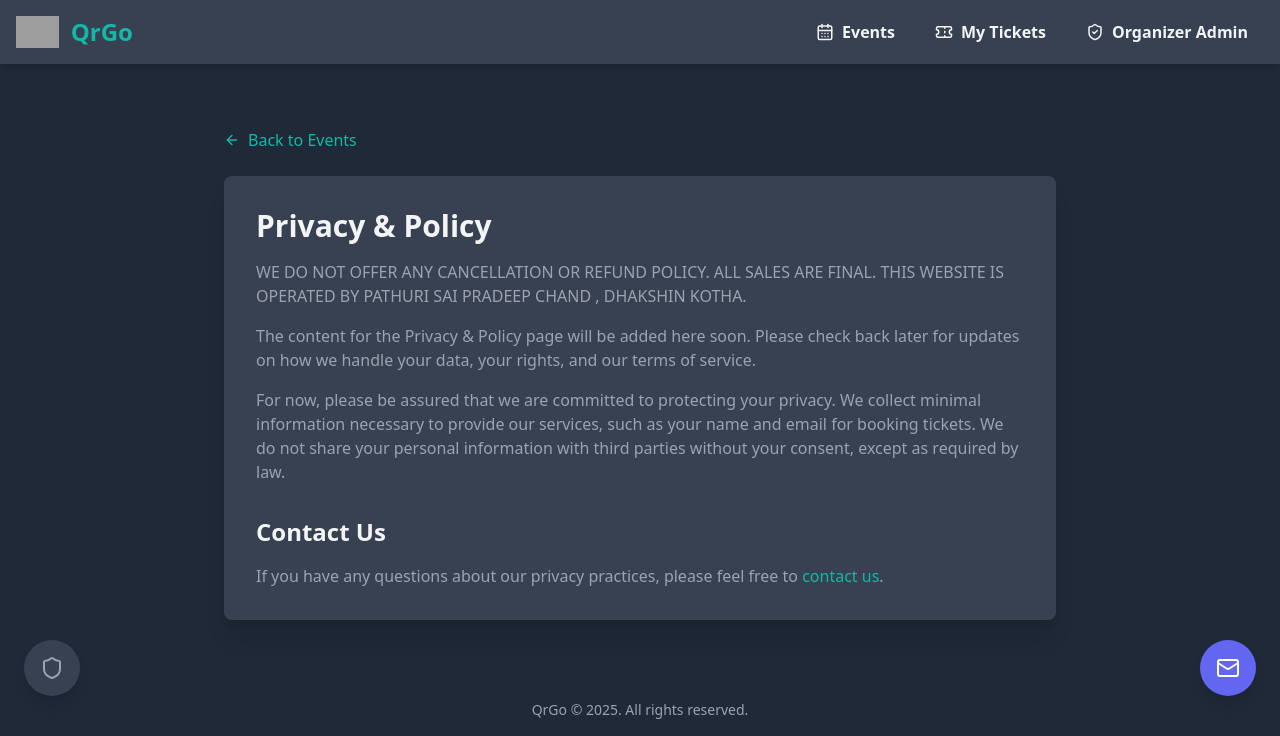
Repository: Dhakshin2007/QrGo
Page: /#/privacy-policy
An editor plug-in stored every save of this project. The page is shown before and after the next save, followed by the edit.
The browser window is 1280 px wide. The pictures show the whole page.
Pictures or frames that could not be fetched are drawn as grey boxes. Some web libraries are served in a nearby version. The project was rebuilt for these pictures with package versions that can differ from the ones it lists, and the page was loaded fresh each time. Also part of the build but not shown: vite.config.ts, components/EventCard.tsx, pages/HomePage.tsx, pages/BookingPage.tsx, components/TicketCard.tsx, pages/MyTicketsPage.tsx, services/aiService.ts, pages/AdminPage.tsx.

Above is the page before, as saved 2025-08-10 12:47:50.

### index.html
<!DOCTYPE html>
<html lang="en">
  <head>
    <meta name="description" content="Website Used to Host Events and Book Tickets and Inbuild scanning. If You want to Host an Event, Contact Us." />
<meta name="keywords" content="QrGo , QrGo Startup , Events IIT Ropar,Tickets , District , Paytm , Zomato , Ticket Booking , Event Hosting ,  Telugu Students IIT, IIT Ropar culture, IIT Ropar">
<meta name="author" content="Kotha Dhakshin">
<meta property="og:title" content="QrGo - Event Ticket Hosting Platform" />
<meta property="og:description" content="Official site for QrGo. Events, Bookings, and student details." />
<meta property="og:url" content="https://qrgo-weld.vercel.app/" />
<meta property="og:type" content="website" />
<meta property="og:image" content="#" />

  <meta charset="UTF-8" />
    <link rel="icon" type="image/png" href = "https://i.postimg.cc/qqd3M6cN/Google-AI-Studio-2025-08-09-T14-17-15-618-Z.png" />
    <meta name="viewport" content="width=device-width, initial-scale=1.0" />
    <title>QrGo</title>
    <script src="https://cdn.tailwindcss.com"></script>
    <script>
      tailwind.config = {
        theme: {
          extend: {
            colors: {
              'primary': '#14b8a6', // teal-500
              'primary-focus': '#0d9488', // teal-600
              'background': '#1f2937', // gray-800
              'surface': '#374151', // gray-700
              'on-surface': '#f3f4f6', // gray-200
              'on-surface-secondary': '#9ca3af', // gray-400
              'accent': '#6366f1', // indigo-500
            }
          }
        }
      }
    </script>
    <!-- html5-qrcode library -->
    <script src="https://unpkg.com/html5-qrcode" type="text/javascript"></script>
  <script type="importmap">
{
  "imports": {
    "react-router-dom": "https://esm.sh/react-router-dom@^7.8.0",
    "react-dom/": "https://esm.sh/react-dom@^19.1.1/",
    "react/": "https://esm.sh/react@^19.1.1/",
    "react": "https://esm.sh/react@^19.1.1",
    "lucide-react": "https://esm.sh/lucide-react@^0.539.0",
    "html5-qrcode": "https://esm.sh/html5-qrcode@^2.3.8",
    "qrcode": "https://esm.sh/qrcode@^1.5.4",
    "@supabase/supabase-js": "https://esm.sh/@supabase/supabase-js@2",
    "@google/genai": "https://esm.sh/@google/genai@^1.13.0"
  }
}
</script>
</head>
  <body class="bg-background text-on-surface">
    <div id="root"></div>
    <script type="module" src="/index.tsx"></script>
  </body>
</html>

### App.tsx


import React, { createContext, useContext, useState, useEffect, useCallback, ReactNode } from 'react';
import * as ReactRouterDOM from 'react-router-dom';
import HomePage from './pages/HomePage';
import BookingPage from './pages/BookingPage';
import MyTicketsPage from './pages/MyTicketsPage';
import AdminPage from './pages/AdminPage';
import PrivacyPolicyPage from './pages/PrivacyPolicyPage';
import Header from './components/Header';
import { ToastProvider } from './contexts/ToastContext';
import { AuthProvider } from './contexts/AuthContext';
import Toast from './components/Toast';
import { Mail, Shield } from 'lucide-react';
import { Event, EventStatus } from './types';
import { db } from './services/db';

// --- Event Context for Global State Management ---

interface EventContextType {
  events: Event[];
  isLoading: boolean;
  updateEventStatus: (eventId: string, newStatus: EventStatus) => void;
}

const EventContext = createContext<EventContextType | undefined>(undefined);

export const EventProvider: React.FC<{ children: ReactNode }> = ({ children }) => {
  const [events, setEvents] = useState<Event[]>([]);
  const [isLoading, setIsLoading] = useState(true);

  useEffect(() => {
    const fetchEvents = async () => {
      try {
        const initialEvents = await db.getEvents();
        setEvents(initialEvents);
      } catch (error) {
        console.error("Failed to fetch initial events:", error);
      } finally {
        setIsLoading(false);
      }
    };
    fetchEvents();
  }, []);

  const updateEventStatus = useCallback((eventId: string, newStatus: EventStatus) => {
    setEvents(currentEvents =>
      currentEvents.map(event =>
        event.id === eventId ? { ...event, status: newStatus } : event
      )
    );
  }, []);

  return (
    <EventContext.Provider value={{ events, isLoading, updateEventStatus }}>
      {children}
    </EventContext.Provider>
  );
};

export const useEvents = () => {
  const context = useContext(EventContext);
  if (!context) {
    throw new Error('useEvents must be used within an EventProvider');
  }
  return context;
};


// --- Main App Component ---

const App: React.FC = () => {
  return (
    <ToastProvider>
      <AuthProvider>
        <EventProvider>
          <ReactRouterDOM.HashRouter>
            <div className="min-h-screen flex flex-col bg-background">
              <Header />
              <main className="flex-grow container mx-auto px-4 py-8">
                <ReactRouterDOM.Routes>
                  <ReactRouterDOM.Route path="/" element={<HomePage />} />
                  <ReactRouterDOM.Route path="/book/:eventId" element={<BookingPage />} />
                  <ReactRouterDOM.Route path="/my-tickets" element={<MyTicketsPage />} />
                  <ReactRouterDOM.Route path="/admin" element={<AdminPage />} />
                  <ReactRouterDOM.Route path="/privacy-policy" element={<PrivacyPolicyPage />} />
                </ReactRouterDOM.Routes>
              </main>
              <footer className="text-center py-4 text-on-surface-secondary text-sm">
                <p>QrGo &copy; 2025. All rights reserved.</p>
              </footer>
               <ReactRouterDOM.Link
                to="/privacy-policy"
                className="fixed bottom-6 left-6 bg-surface text-on-surface-secondary p-4 rounded-full shadow-lg hover:bg-primary hover:text-white transition-colors flex items-center gap-2 z-50"
                title="Privacy & Policy"
                aria-label="Privacy and Policy"
              >
                <Shield size={24} />
              </ReactRouterDOM.Link>
              <a
                href="mailto:kothadhakshin123@gmail.com"
                className="fixed bottom-6 right-6 bg-accent text-white p-4 rounded-full shadow-lg hover:bg-indigo-600 transition-colors flex items-center gap-2 z-50"
                title="Contact Support"
                aria-label="Contact Support"
              >
                <Mail size={24} />
              </a>
            </div>
          </ReactRouterDOM.HashRouter>
          <Toast />
        </EventProvider>
      </AuthProvider>
    </ToastProvider>
  );
};

export default App;

### pages/PrivacyPolicyPage.tsx

import React from 'react';
import * as ReactRouterDOM from 'react-router-dom';
import { ArrowLeft } from 'lucide-react';

const PrivacyPolicyPage: React.FC = () => {
  return (
    <div className="max-w-4xl mx-auto animate-fade-in p-4 sm:p-6 lg:p-8">
      <ReactRouterDOM.Link to="/" className="flex items-center gap-2 mb-6 text-primary hover:underline">
          <ArrowLeft size={16} /> Back to Events
       </ReactRouterDOM.Link>
      <div className="bg-surface rounded-lg shadow-xl p-8">
        <h1 className="text-3xl font-bold mb-4 text-on-surface">Privacy & Policy</h1>
        <div className="space-y-4 text-on-surface-secondary">
          <p>
            WE DO NOT OFFER ANY CANCELLATION OR REFUND POLICY. ALL SALES ARE FINAL.
            THIS WEBSITE IS OPERATED BY PATHURI SAI PRADEEP CHAND , DHAKSHIN KOTHA.
            </p>
            <p>
            The content for the Privacy & Policy page will be added here soon.
            Please check back later for updates on how we handle your data, your rights, and our terms of service.
          </p>
          <p>
            For now, please be assured that we are committed to protecting your privacy. We collect minimal information necessary to provide our services, such as your name and email for booking tickets.
            We do not share your personal information with third parties without your consent, except as required by law.
          </p>
          <h2 className="text-2xl font-semibold text-on-surface pt-4">Contact Us</h2>
          <p>
            If you have any questions about our privacy practices, please feel free to <a href="mailto:kothadhakshin123@gmail.com" className="text-primary hover:underline">contact us</a>.
          </p>
        </div>
      </div>
    </div>
  );
};

export default PrivacyPolicyPage;

### components/Header.tsx

import React from 'react';
import * as ReactRouterDOM from 'react-router-dom';
import { Ticket, ShieldCheck, CalendarDays, QrCode } from 'lucide-react';
import { LOGO_URL } from '../constants';

const Header: React.FC = () => {
  const activeLinkClass = "bg-primary text-white";
  const inactiveLinkClass = "text-on-surface hover:bg-surface";

  return (
    <header className="bg-surface shadow-md sticky top-0 z-50">
      <nav className="container mx-auto px-4 py-3 flex justify-between items-center">
        <ReactRouterDOM.Link to="/" className="flex items-center gap-3 text-2xl font-bold text-primary">
          {LOGO_URL ? (
            <img src={LOGO_URL} alt="QrGo Logo" className="h-8 w-auto" />
          ) : (
            <QrCode size={28} />
          )}
          <span>QrGo</span>
        </ReactRouterDOM.Link>
        <div className="flex items-center gap-2">
          <ReactRouterDOM.NavLink
            to="/"
            className={({ isActive }) => `${isActive ? activeLinkClass : inactiveLinkClass} px-4 py-2 rounded-md font-semibold transition-colors duration-200 flex items-center gap-2`}
          >
            <CalendarDays size={18}/> Events
          </ReactRouterDOM.NavLink>
          <ReactRouterDOM.NavLink
            to="/my-tickets"
            className={({ isActive }) => `${isActive ? activeLinkClass : inactiveLinkClass} px-4 py-2 rounded-md font-semibold transition-colors duration-200 flex items-center gap-2`}
          >
            <Ticket size={18}/> My Tickets
          </ReactRouterDOM.NavLink>
          <ReactRouterDOM.NavLink
            to="/admin"
            className={({ isActive }) => `${isActive ? activeLinkClass : inactiveLinkClass} px-4 py-2 rounded-md font-semibold transition-colors duration-200 flex items-center gap-2`}
          >
            <ShieldCheck size={18}/> Organizer Admin
          </ReactRouterDOM.NavLink>
        </div>
      </nav>
    </header>
  );
};

export default Header;

### contexts/ToastContext.tsx
import React, { createContext, useState, useContext, ReactNode, useCallback, useRef } from 'react';

type ToastType = 'success' | 'error' | 'info';

interface ToastState {
  message: string;
  type: ToastType;
  isVisible: boolean;
}

interface ToastContextType {
  showToast: (message: string, type: ToastType) => void;
  toastConfig: ToastState | null;
}

const ToastContext = createContext<ToastContextType | undefined>(undefined);

export const ToastProvider: React.FC<{ children: ReactNode }> = ({ children }) => {
  const [toastConfig, setToastConfig] = useState<ToastState | null>(null);
  const timeoutIdRef = useRef<number | null>(null);

  const showToast = useCallback((message: string, type: ToastType) => {
    if (timeoutIdRef.current) {
      clearTimeout(timeoutIdRef.current);
    }
    setToastConfig({ message, type, isVisible: true });

    timeoutIdRef.current = window.setTimeout(() => {
      setToastConfig(prev => prev ? { ...prev, isVisible: false } : null);
      timeoutIdRef.current = null;
    }, 4000);
  }, []);


  return (
    <ToastContext.Provider value={{ showToast, toastConfig }}>
      {children}
    </ToastContext.Provider>
  );
};

export const useToast = () => {
  const context = useContext(ToastContext);
  if (context === undefined) {
    throw new Error('useToast must be used within a ToastProvider');
  }
  return context;
};

### contexts/AuthContext.tsx
import React, { createContext, useState, useContext, ReactNode, useCallback } from 'react';
import { Organizer } from '../types';

interface AuthState {
  isUserLoggedIn: boolean;
  userEmail: string | null;
  userPin: string | null;
  loggedInOrganizer: Organizer | null;
  loginUser: (email: string, pin: string) => void;
  logoutUser: () => void;
  loginOrganizer: (username: string, secretId: string) => boolean;
  logoutOrganizer: () => void;
}

const AuthContext = createContext<AuthState | undefined>(undefined);

export const AuthProvider: React.FC<{ children: ReactNode }> = ({ children }) => {
  const [isUserLoggedIn, setIsUserLoggedIn] = useState(false);
  const [userEmail, setUserEmail] = useState<string | null>(null);
  const [userPin, setUserPin] = useState<string | null>(null);
  const [loggedInOrganizer, setLoggedInOrganizer] = useState<Organizer | null>(null);

  const loginUser = (email: string, pin:string) => {
    setUserEmail(email.toLowerCase());
    setUserPin(pin);
    setIsUserLoggedIn(true);
  };

  const logoutUser = () => {
    setIsUserLoggedIn(false);
    setUserEmail(null);
    setUserPin(null);
  };

  const loginOrganizer = useCallback((username: string, secretId: string): boolean => {
    // --- Security Note ---
    // In a real production application, this organizer data should NOT be hardcoded here.
    // It should be loaded securely, for example, from environment variables on a server
    // or from a secure configuration service. This prevents sensitive credentials from
    // being exposed in the client-side code.
    // Example for a Node.js environment:
    // const ORGANIZERS = JSON.parse(process.env.ORGANIZERS_JSON || '[]');
    const ORGANIZERS: Organizer[] = [
      { id: 'super-admin', username: 'Dhakshin', secretId: 'Dk07' },
      { id: 'org-1', username: 'TCA', secretId: 'tca@2334' },
      // { id: 'org-2', username: 'TechCon', secretId: 'techcon-secret' }
    ];

    const organizer = ORGANIZERS.find(
        org => org.username.toLowerCase() === username.toLowerCase() && org.secretId === secretId
    );
    if (organizer) {
        setLoggedInOrganizer(organizer);
        return true;
    }
    return false;
  }, []);

  const logoutOrganizer = () => {
      setLoggedInOrganizer(null);
  };

  return (
    <AuthContext.Provider value={{ isUserLoggedIn, userEmail, userPin, loggedInOrganizer, loginUser, logoutUser, loginOrganizer, logoutOrganizer }}>
      {children}
    </AuthContext.Provider>
  );
};

export const useAuth = () => {
  const context = useContext(AuthContext);
  if (context === undefined) {
    throw new Error('useAuth must be used within an AuthProvider');
  }
  return context;
};

### components/Toast.tsx
import React from 'react';
import { useToast } from '../contexts/ToastContext';
import { CheckCircle, XCircle, Info } from 'lucide-react';

const icons = {
  success: <CheckCircle className="text-green-400" size={24} />,
  error: <XCircle className="text-red-400" size={24} />,
  info: <Info className="text-blue-400" size={24} />,
};

const bgColors = {
  success: 'bg-green-500/20 border-green-500',
  error: 'bg-red-500/20 border-red-500',
  info: 'bg-blue-500/20 border-blue-500',
};

const Toast: React.FC = () => {
  const { toastConfig } = useToast();

  if (!toastConfig) {
    return null;
  }

  const { message, type, isVisible } = toastConfig;

  return (
    <div
      aria-live="assertive"
      className={`fixed bottom-5 right-5 z-50 transition-all duration-300 ease-in-out ${isVisible ? 'opacity-100 translate-y-0' : 'opacity-0 translate-y-4'}`}
    >
      <div className={`flex items-center gap-4 p-4 rounded-lg shadow-lg border-l-4 text-on-surface bg-surface ${bgColors[type]}`}>
        <div>{icons[type]}</div>
        <p className="font-semibold">{message}</p>
      </div>
    </div>
  );
};

export default Toast;

### types.ts

export type Organizer = {
  id: string;
  username: string;
  secretId: string;
};

export enum BookingStatus {
  Pending = 'Pending',
  Confirmed = 'Confirmed',
  Rejected = 'Rejected',
}

export enum EventStatus {
  Upcoming = 'Upcoming',
  Ongoing = 'Ongoing',
}

export type Event = {
  id: string;
  organizerId: string;
  name: string;
  date: string;
  venue: string;
  description: string;
  image: string;
  status: EventStatus;
  requiresEntryNumber?: boolean;
  upiId?: string;
  upiLink?: string;
  qrCodeImage?: string;
};

export type Booking = {
  id: string;
  eventId: string;
  userName: string;
  userEmail: string;
  userPhone: string;
  entryNumber: string | null;
  transactionId: string | null;
  paymentProof: string | null; // Public URL to the image in Supabase Storage
  pin: string; // Should be hashed on a real backend
  status: BookingStatus;
  checkedIn: boolean;
  createdAt: string;
};

### services/supabaseClient.ts
import { createClient } from '@supabase/supabase-js';
import { BookingStatus } from '../types';

// --- Supabase Client Initialization ---

// #############################################################################
// #  IMPORTANT: FIX FOR "INVALID API KEY" / "401 UNAUTHORIZED" ERROR          #
// #############################################################################
// # The API key below is a DUMMY key. You MUST replace it with your own.      #
// # 1. Go to your Supabase project dashboard.                                 #
// # 2. Go to Project Settings > API.                                          #
// # 3. Copy the `anon` `public` key.                                          #
// # 4. Paste it here to replace the DUMMY key.                                #
// #############################################################################
const supabaseUrl = 'https://hkniptskidhgpavyejwz.supabase.co';
// This is a valid-looking dummy key to prevent startup crashes. It will not work for API calls.
const supabaseKey = 'sb_publishable_tQDQrjVzkEe6GwUMwAzoYA_YMzWUTT5';

if (supabaseUrl.includes('your-project-url') || supabaseKey.includes('PASTE_YOUR_REAL')) {
    // This will crash the app and show a clear error in the developer console,
    // preventing the app from running in a broken state.
    throw new Error("Supabase credentials are not set! Please update services/supabaseClient.ts with your project's URL and anon key. You can get these from your Supabase project's API settings.");
}


// Define database types for TypeScript support
// The database schema uses quoted identifiers (e.g., "eventId") to match the camelCase used in the application.
export type DbBooking = {
  id: string;
  eventId: string;
  userName: string;
  userEmail: string;
  userPhone: string;
  transactionId: string | null;
  paymentProof: string | null;
  pin: string;
  status: BookingStatus;
  checkedIn: boolean;
  createdAt: string;
};

// This type defines the shape of the data that can be inserted into the 'bookings' table.
export type DbBookingInsert = {
    id: string;
    eventId: string;
    userName: string;
    userEmail: string;
    userPhone: string;
    transactionId: string | null;
    paymentProof: string | null;
    pin: string;
    status: BookingStatus;
    checkedIn: boolean;
    createdAt: string;
};

// This explicit type for updates avoids nested generics which can cause TS errors.
export type DbBookingUpdate = {
    eventId?: string;
    userName?: string;
    userEmail?: string;
    userPhone?: string;
    transactionId?: string | null;
    paymentProof?: string | null;
    pin?: string;
    status?: BookingStatus;
    checkedIn?: boolean;
    createdAt?: string;
}

// New types for the `free_bookings` table
export type DbFreeBooking = {
  id: string;
  eventId: string;
  userName: string;
  userEmail: string;
  userPhone: string;
  entryNumber: string | null;
  pin: string;
  status: BookingStatus;
  checkedIn: boolean;
  createdAt: string;
};

export type DbFreeBookingInsert = {
    id: string;
    eventId: string;
    userName: string;
    userEmail: string;
    userPhone: string;
    entryNumber: string | null;
    pin: string;
    status: BookingStatus;
    checkedIn: boolean;
    createdAt: string;
};

export type DbFreeBookingUpdate = {
    eventId?: string;
    userName?: string;
    userEmail?: string;
    userPhone?: string;
    entryNumber?: string | null;
    pin?: string;
    status?: BookingStatus;
    checkedIn?: boolean;
    createdAt?: string;
};


export interface Database {
  public: {
    Tables: {
      bookings: {
        Row: DbBooking;
        Insert: DbBookingInsert;
        Update: DbBookingUpdate;
      };
      free_bookings: {
        Row: DbFreeBooking;
        Insert: DbFreeBookingInsert;
        Update: DbFreeBookingUpdate;
      };
    };
  };
}


export const supabase = createClient<Database>(supabaseUrl, supabaseKey);

Loaded but not shown: index.tsx (common file); services/db.ts (339 lines, source omitted); constants.ts (92 lines, source omitted)

After the next save:
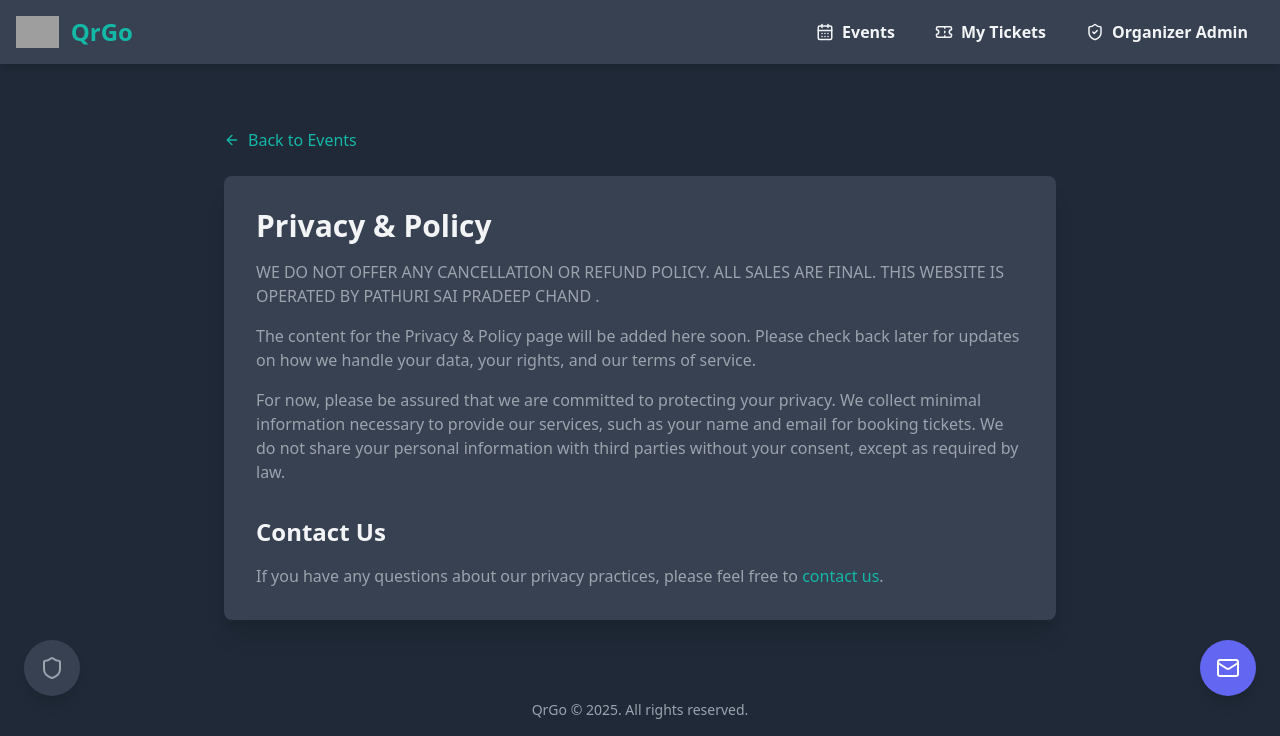
Saved 3 min 32 s later.
--- a/pages/PrivacyPolicyPage.tsx
+++ b/pages/PrivacyPolicyPage.tsx
@@ -14,7 +14,7 @@ const PrivacyPolicyPage: React.FC = () => {
         <div className="space-y-4 text-on-surface-secondary">
           <p>
             WE DO NOT OFFER ANY CANCELLATION OR REFUND POLICY. ALL SALES ARE FINAL.
-            THIS WEBSITE IS OPERATED BY PATHURI SAI PRADEEP CHAND , DHAKSHIN KOTHA.
+            THIS WEBSITE IS OPERATED BY PATHURI SAI PRADEEP CHAND .
             </p>
             <p>
             The content for the Privacy & Policy page will be added here soon.
